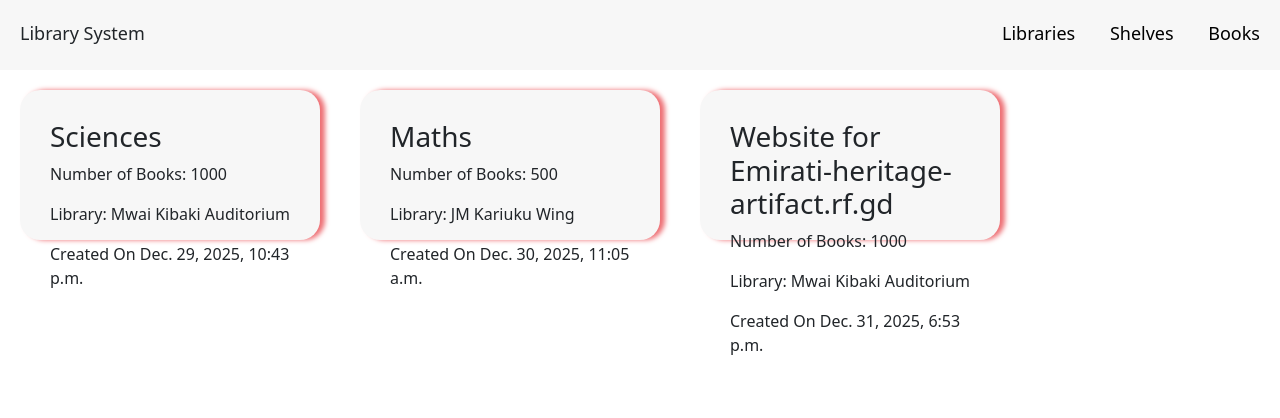
Repository: Mbote-Joseph/Library-Shelves-Books-Managements
Page: http://localhost/shelf
The author's editor kept a copy of each file at every save. The page is drawn from the files as they stood at one save, then again after the next save.
The browser window is 1280 px wide. The pictures show the whole page.
The page is served by the project's application, run on Django 5.2 (manage.py). Other server files are loaded and not shown. The page reads the database file committed with the project.

Above is the page before, as saved 2025-12-30 19:35:22.

### books/templates/books/shelf_view.html
{% extends "base.html" %}

{% block title %}
    Shelves List
{% endblock %}


{% block content %}
    <div class="cards">
    {% for shelf in shelves %}
        <div class="shelf">
            <h3> {{shelf.label}} </h3>
            <p> Number of Books:  {{shelf.books_capacity}} </p>
            <p> Library:  {{shelf.library.name}} </p>
            <p> Created On {{shelf.created_on}} </p>
        </div>
    {% endfor %}
    </div>
{% endblock %}

### static/templates/base.html
{% load static %}
<!doctype html>
<html lang="en">
  <head>
    <meta charset="utf-8">
    <meta name="viewport" content="width=device-width, initial-scale=1">
    <title>
        {% block title %}

        {% endblock %}
    </title>
    <link href="https://cdn.jsdelivr.net/npm/bootstrap@5.3.8/dist/css/bootstrap.min.css" rel="stylesheet" integrity="sha384-sRIl4kxILFvY47J16cr9ZwB07vP4J8+LH7qKQnuqkuIAvNWLzeN8tE5YBujZqJLB" crossorigin="anonymous">
    <link rel="stylesheet" type='text/css' href="{% static 'css/styles.css' %}">
  </head>
  <body>
    <nav class="nav">
      <span> Library System </span>
      <span>
        <ul>
          <a href="{% url 'libraries' %}"> Libraries </a>
          <a href="{% url 'shelves' %}"> Shelves </a>
          <a href="{% url 'books' %}"> Books </a>
        </ul>
      </span>

    </nav>

    {% block content %}

    {% endblock %}


    <script src="https://cdn.jsdelivr.net/npm/bootstrap@5.3.8/dist/js/bootstrap.bundle.min.js" integrity="sha384-FKyoEForCGlyvwx9Hj09JcYn3nv7wiPVlz7YYwJrWVcXK/BmnVDxM+D2scQbITxI" crossorigin="anonymous"></script>
  </body>
</html>

### books/models.py
from django.db import models

# Create your models here.
class Library(models.Model):
    name = models.CharField(max_length=50)
    students_capacity = models.IntegerField()
    location = models.CharField(max_length=100)
    created_on = models.DateTimeField(auto_now_add=True)

    def __str__(self):
        return f"{self.name} - {self.location}"

class Shelf(models.Model):
    label = models.CharField(max_length=50)
    books_capacity = models.CharField()
    library = models.ForeignKey(Library, on_delete=models.CASCADE)
    created_on = models.DateTimeField(auto_now_add=True)

    def __str__(self):
        return f"{self.label} On {self.library} Library"

class Book(models.Model):
    title = models.CharField(max_length=100)
    author = models.CharField(max_length=100)
    isbn = models.CharField(max_length=10)
    description = models.TextField()
    is_published = models.BooleanField(default=False)
    is_new = models.BooleanField(default=False)
    shelf = models.ForeignKey(Shelf, on_delete=models.CASCADE)

    def __str__(self):
        return f"{self.title} By {self.author}"

### books/views.py
from django.shortcuts import render
from django.views.generic import ListView, DetailView

from .models import Library, Shelf, Book

# Create your views here.
class LibraryListView(ListView):
    model = Library
    context_object_name = "libraries"
    queryset = Library.objects.all()
    template_name = 'books/library_view.html'

class ShelfListView(ListView):
    model = Shelf
    context_object_name = "shelves"
    queryset = Shelf.objects.all()
    template_name = 'books/shelf_view.html'


class BookListView(ListView):
    model = Book
    context_object_name = "books"
    queryset = Book.objects.all()
    template_name = 'books/book_view.html'

class LibraryDetailView(DetailView):
    model = Library
    context_object_name = 'library'
    template_name = "books/library_detailview.html"

### learn/urls.py
"""
URL configuration for learn project.

The `urlpatterns` list routes URLs to views. For more information please see:
    https://docs.djangoproject.com/en/6.0/topics/http/urls/
Examples:
Function views
    1. Add an import:  from my_app import views
    2. Add a URL to urlpatterns:  path('', views.home, name='home')
Class-based views
    1. Add an import:  from other_app.views import Home
    2. Add a URL to urlpatterns:  path('', Home.as_view(), name='home')
Including another URLconf
    1. Import the include() function: from django.urls import include, path
    2. Add a URL to urlpatterns:  path('blog/', include('blog.urls'))
"""
from django.contrib import admin
from django.urls import path, include

urlpatterns = [
    path('admin/', admin.site.urls),
    path('', include('books.urls'))
]

### books/urls.py
from django.urls import path

from books.views import BookListView, LibraryDetailView, LibraryListView, ShelfListView

urlpatterns = [
    path('', LibraryListView.as_view(), name = 'libraries'),
    path('shelf', ShelfListView.as_view(), name = 'shelves'),
    path('book', BookListView.as_view(), name="books"),
    path("library-details/<int:pk>", LibraryDetailView.as_view(), name="library.details")

]

### static/css/styles.css
/**
 * Copyright 2025 josephmbote
 *
 * Licensed under the Apache License, Version 2.0 (the "License");
 * you may not use this file except in compliance with the License.
 * You may obtain a copy of the License at
 *
 *     https://www.apache.org/licenses/LICENSE-2.0
 *
 * Unless required by applicable law or agreed to in writing, software
 * distributed under the License is distributed on an "AS IS" BASIS,
 * WITHOUT WARRANTIES OR CONDITIONS OF ANY KIND, either express or implied.
 * See the License for the specific language governing permissions and
 * limitations under the License.
 */

.nav{
    left: 0;
    top: 0;
    width: 100%;
    background-color: #f7f7f7;
    font-size: large;
    font-style: 'Times New Roman';
    height: 70px;
    padding: 20px;
    display: flex;
    justify-content: space-between;
}
.nav a{
    margin-left: 30px;
    text-decoration: none;
    color: black;
}

.library {
    width: 300px;
    /* min-width: 200px; */
    height: 200px;
    /* max-height: 400px; */
    background-color: #f7f7f7;
    box-shadow: 5px 0 5px 0 #ee6e73;
    border: none;
    margin: 20px;
    padding: 30px;
    border-radius: 20px;
}

.cards{
    display: flex;
}

.shelf {
    width: 300px;
    /* min-width: 200px; */
    height: 150px;
    /* max-height: 400px; */
    background-color: #f7f7f7;
    box-shadow: 5px 0 5px 0 #ee6e73;
    border: none;
    margin: 20px;
    padding: 30px;
    border-radius: 20px;
}

### db.sqlite3 (the tables this page reads, as SQL)
CREATE TABLE "books_library" ("id" integer NOT NULL PRIMARY KEY AUTOINCREMENT, "name" varchar(50) NOT NULL, "students_capacity" integer NOT NULL, "location" varchar(100) NOT NULL, "created_on" datetime NOT NULL);
INSERT INTO "books_library" VALUES
(1, 'Mwai Kibaki Auditorium', 100, 'Administration Block', '2025-12-29 22:41:55.696199'),
(2, 'Nelson Mandela Anex', 85, 'NSC', '2025-12-29 22:42:34.244470'),
(3, 'JM Kariuku Wing', 75, 'SCC Department', '2025-12-30 11:00:04.766333'),
(4, 'Joseph Mbote STEM Library', 56, 'Technology House', '2025-12-31 18:37:10.968556'),
(5, 'Computer Science Library', 50, 'SCC', '2025-12-31 18:39:11.248294'),
(6, 'Grade 1', 20, 'Nairobi Annex', '2025-12-31 18:41:43.779190');

CREATE TABLE "books_shelf" ("id" integer NOT NULL PRIMARY KEY AUTOINCREMENT, "label" varchar(50) NOT NULL, "books_capacity" varchar NOT NULL, "created_on" datetime NOT NULL, "library_id" bigint NOT NULL REFERENCES "books_library" ("id") DEFERRABLE INITIALLY DEFERRED);
INSERT INTO "books_shelf" VALUES
(1, 'Sciences', '1000', '2025-12-29 22:43:06.109364', 1),
(2, 'Maths', '500', '2025-12-30 11:05:21.466271', 3),
(3, 'Website for Emirati-heritage-artifact.rf.gd', '1000', '2025-12-31 18:53:06.133470', 1);

After the next save:
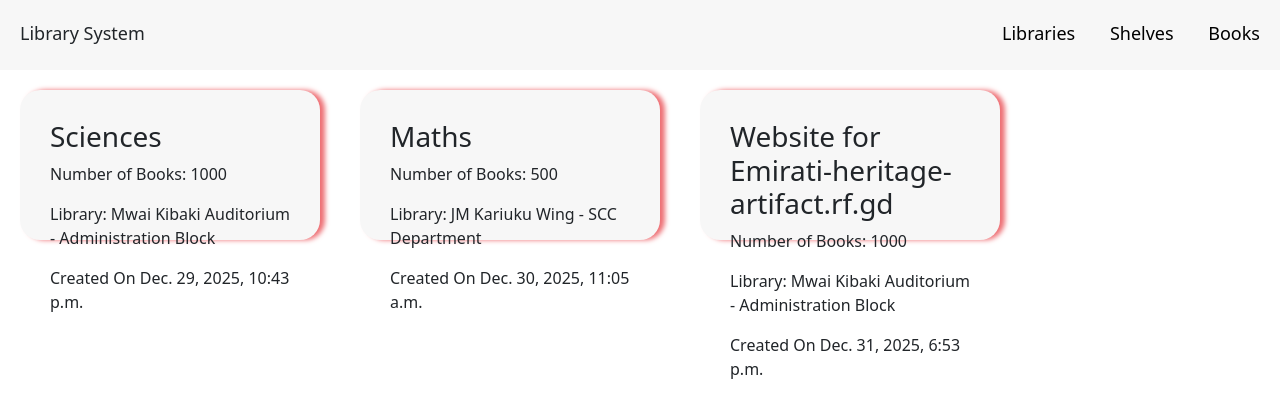
Saved 102 s later.
--- a/books/templates/books/shelf_view.html
+++ b/books/templates/books/shelf_view.html
@@ -11,7 +11,7 @@
         <div class="shelf">
             <h3> {{shelf.label}} </h3>
             <p> Number of Books:  {{shelf.books_capacity}} </p>
-            <p> Library:  {{shelf.library.name}} </p>
+            <p> Library:  {{shelf.library}} </p>
             <p> Created On {{shelf.created_on}} </p>
         </div>
     {% endfor %}

After the save that followed:
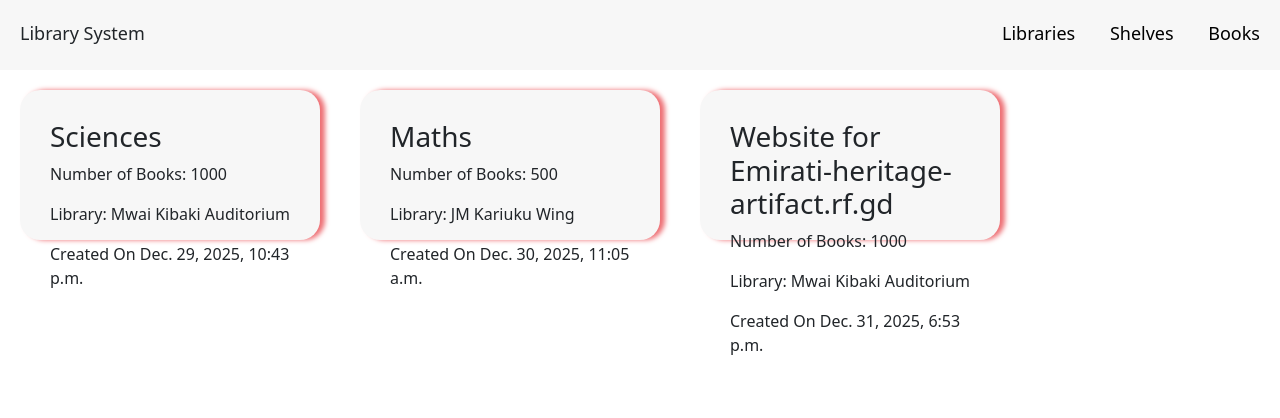
Saved 10 s later.
--- a/books/templates/books/shelf_view.html
+++ b/books/templates/books/shelf_view.html
@@ -11,7 +11,7 @@
         <div class="shelf">
             <h3> {{shelf.label}} </h3>
             <p> Number of Books:  {{shelf.books_capacity}} </p>
-            <p> Library:  {{shelf.library}} </p>
+            <p> Library:  {{shelf.library.name}} </p>
             <p> Created On {{shelf.created_on}} </p>
         </div>
     {% endfor %}
